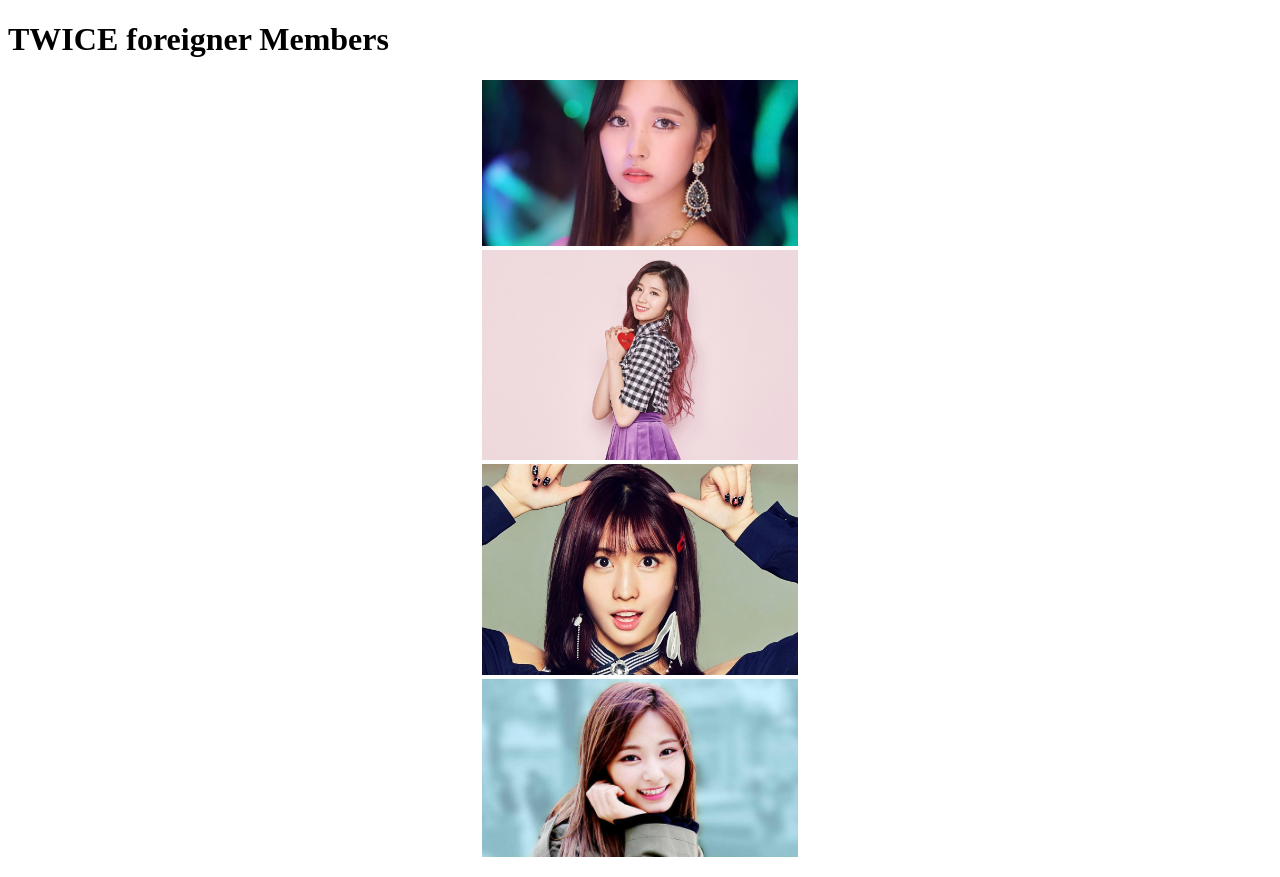
Repository: lbj0314/webTest
Page: Html_2/WebContent/media/twice.html
An editor plug-in stored every save of this project. The page is shown before and after the next save, followed by the edit.
The browser window is 1280 px wide. The pictures show the whole page.

Above is the page before, as saved 2019-10-15 02:09:33.

After the next save:
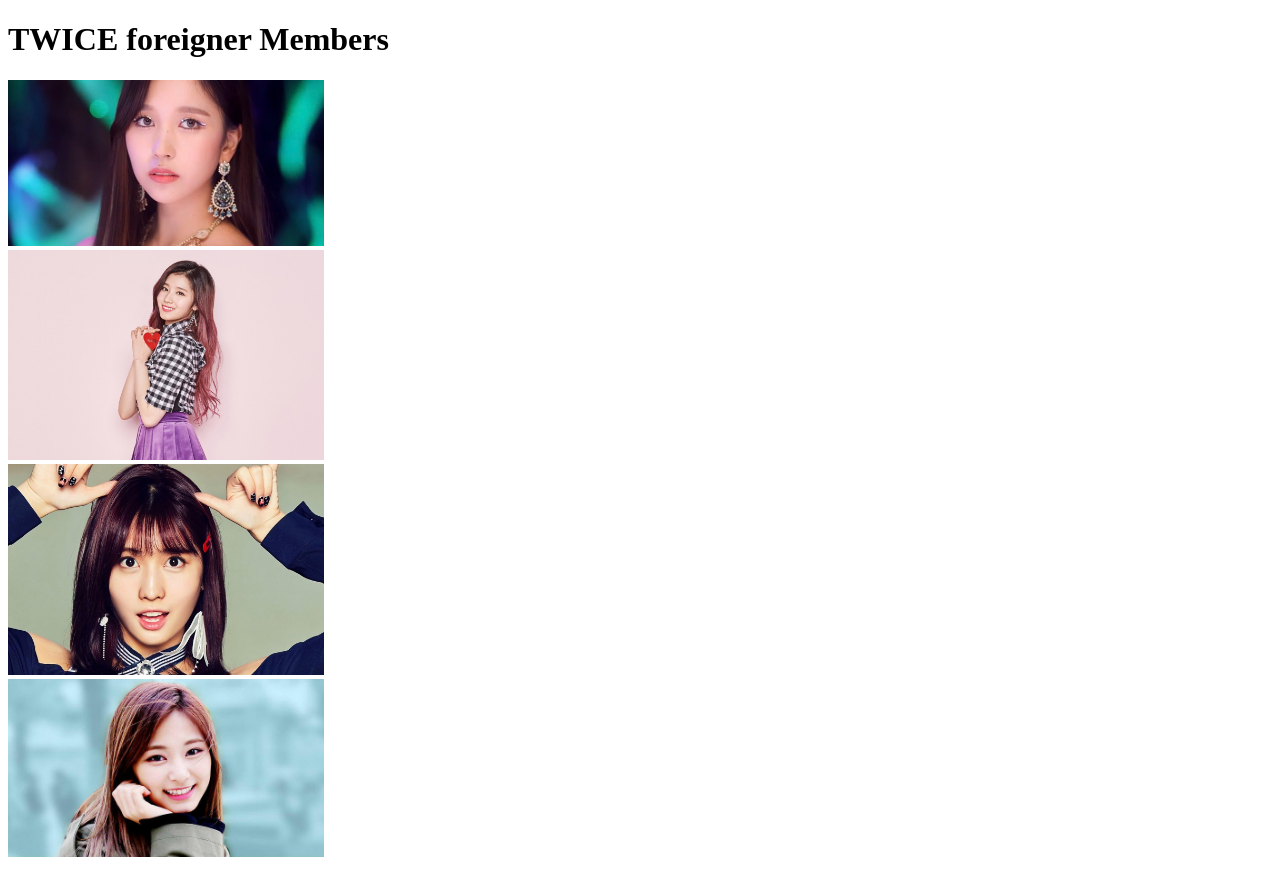
Saved 26 s later.
--- a/Html_2/WebContent/media/twice.html
+++ b/Html_2/WebContent/media/twice.html
@@ -5,8 +5,9 @@
 <title>MISAMOTZU</title>
 </head>
 <body>
-<p align="center"><h1>TWICE foreigner Members</h1></p>
+
 <p align="center">
+<h1>TWICE foreigner Members</h1>
 	<a href="/Html_2/media/mina.html"><img alt="mina" src="/Html_2/imgs/mina.jpg" width="25%"></a><br>
 	<a href="https://twice.jype.com/images/profile/large/4.jpg"><img alt="sana" src="/Html_2/imgs/sana.jpg" width="25%"></a><br>
 	<a href="https://twice.jype.com/images/profile/large/3.jpg"><img alt="momo" src="/Html_2/imgs/momo.jpg" width="25%"></a><br>

After the save that followed:
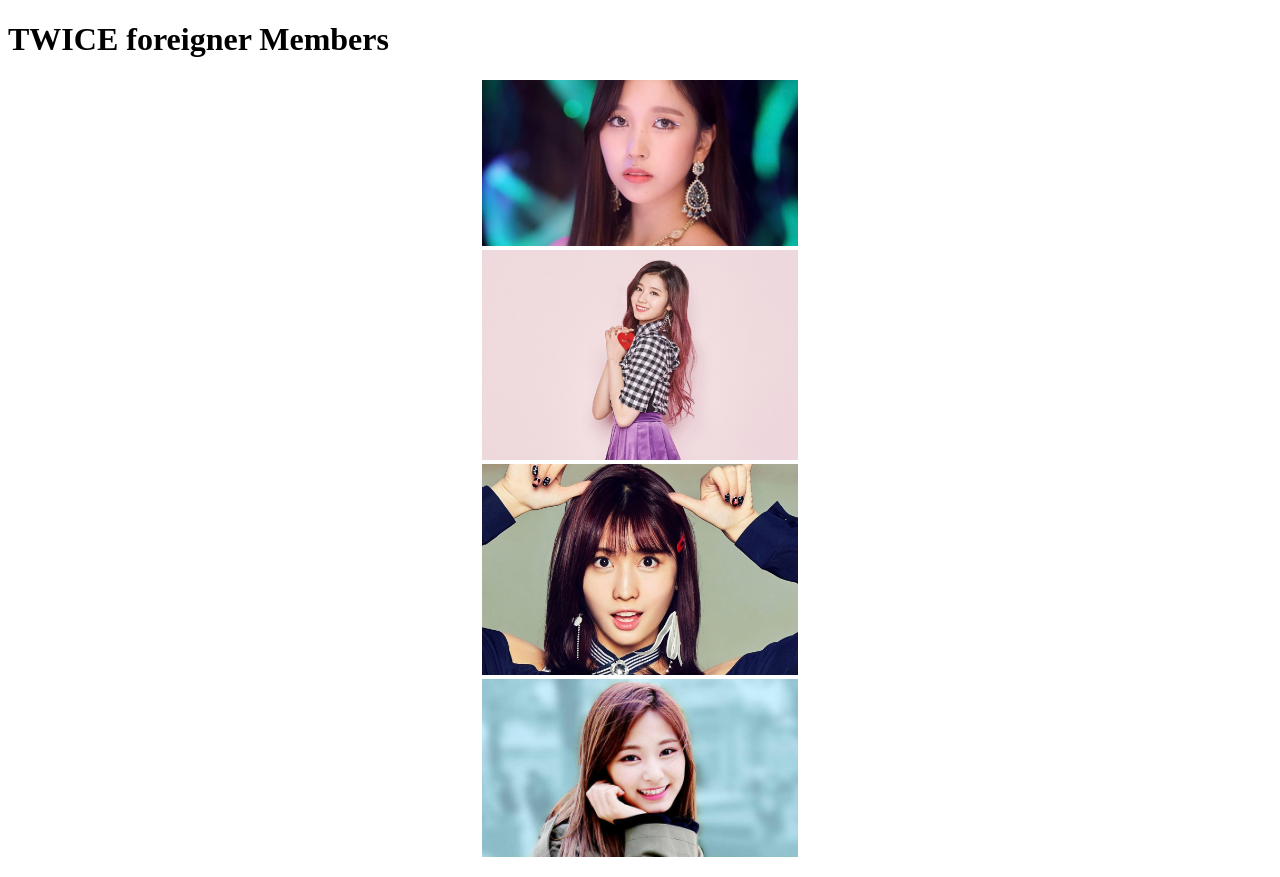
Saved 14 s later.
--- a/Html_2/WebContent/media/twice.html
+++ b/Html_2/WebContent/media/twice.html
@@ -5,9 +5,8 @@
 <title>MISAMOTZU</title>
 </head>
 <body>
-
+<p align="center"><h1>TWICE foreigner Members</h1></p>
 <p align="center">
-<h1>TWICE foreigner Members</h1>
 	<a href="/Html_2/media/mina.html"><img alt="mina" src="/Html_2/imgs/mina.jpg" width="25%"></a><br>
 	<a href="https://twice.jype.com/images/profile/large/4.jpg"><img alt="sana" src="/Html_2/imgs/sana.jpg" width="25%"></a><br>
 	<a href="https://twice.jype.com/images/profile/large/3.jpg"><img alt="momo" src="/Html_2/imgs/momo.jpg" width="25%"></a><br>
